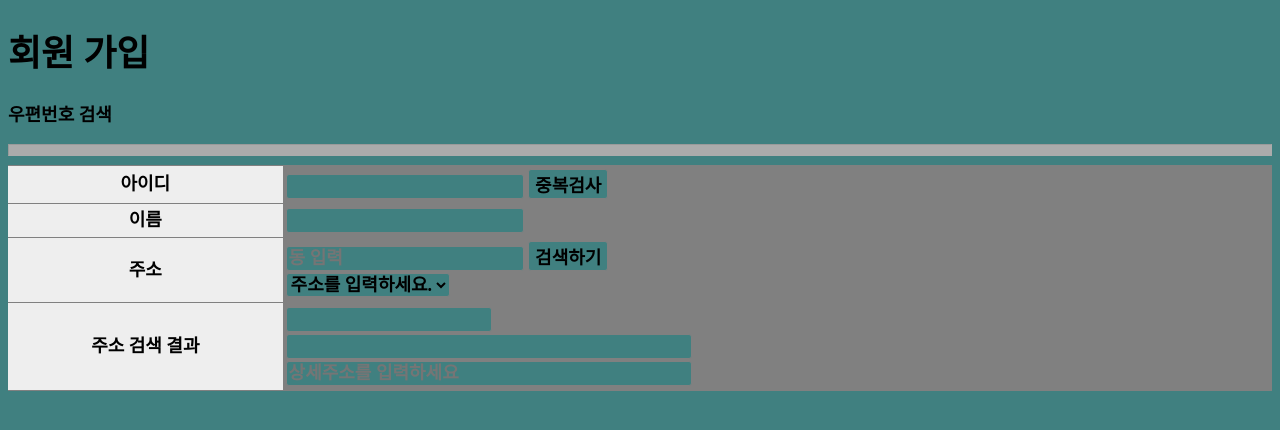
Repository: Umkimisstrong/UM_Webbb
Page: http://localhost/AjaxApp/AjaxTest04.jsp
These files come from the project's save history. The page is drawn as it stood at one moment and after the next save; the edit follows.
The browser window is 1280 px wide. The pictures show the whole page.
The page is served by Tomcat 9. Other server files are loaded and not shown.

Above is the page before, as saved 2022-05-10 05:33:59.

### AjaxApp/WebContent/AjaxTest04.jsp
<%@ page contentType="text/html; charset=UTF-8"%>
<%@ taglib prefix="c" uri="http://java.sun.com/jsp/jstl/core"%>
<%
	request.setCharacterEncoding("UTF-8");
	String cp = request.getContextPath();
%>
<!DOCTYPE html>
<html>
<head>
<meta charset="UTF-8">
<title>AjaxTest04.jsp</title>
<link rel="stylesheet" type="text/css" href="<%=cp%>/css/main.css">
<script type="text/javascript" src="<%=cp%>/js/ajax.js"></script>
<script type="text/javascript">

	function check()
	{
		// id 중복확인 체크
		alert("id중복확인하자");

		// id 얻어내기
		var id = document.getElementById("id").value;

		// URL 준비
		var url = "test03.do?id="+id;

		// AJAX 객체 생성(→ XMLHttpRequest 객체 생성)
		ajax = createAjax();

		//환경 설정(   open(방식, url, 비동기)   )
		ajax.open("GET", url, true);

		ajax.onreadystatechange = function()
		{
			if (ajax.readyState == 4 && ajax.status == 200)
			{
				// 업무 처리(→ 외부로 추출)
				callBack();
			}
		}

		ajax.send("");

	}

	// 아이디 중복 검사의 결과(1 or 0) 을통보받아
	// 사용자에게 메세지 출력 → sapn → result
	function callBack()
	{
		// 외부로 추출된 업무처리내용 구성(responseText / responseXML)
		alert("업무 처리용 callback 함수 호출~!");

		var result = ajax.responseText;
		var msg = "";
		var id = document.getElementById("id");

		result = parseInt(result);

		if (result == 1)
		{
			alert("중복");
			msg = "중복된 아이디입니다.";
			document.getElementById("result").innerHTML = msg;
			id.focus();
			return;

		}
		else
		{
			alert("중복아님");
			msg = "사용가능한 아이디입니다.";
			document.getElementById("result").innerHTML = msg;
		}



	}

	function search()
	{
		alert("검색");
	}

</script>



</head>
<body>

<div>
	<h1>회원 가입</h1>
	<p>우편번호 검색</p>
	<hr />
</div>



<table class="table">
	<tr>
		<th>아이디</th>
		<td>
			<input type="text" id="id" class="control"/>
			<input type="button" value="중복검사" class="control" onclick="check()"/>
			<span id="result"></span>
		</td>
	</tr>

	<tr>
		<th>이름</th>
		<td>
			<input type="text" id="name" class="control" />
		</td>
	</tr>

	<tr>
		<th>주소</th>
		<td>
			<input type="text" id="addr" style="color: black;" class="control" placeholder="동 입력"
			            />
			<input type="button" value="검색하기" class="control" onclick="search()"/>

			<br />
			<select name="" id="addrResult" class="control">
				<option value="">주소를 입력하세요.</option>
			</select>
		</td>
	</tr>
	<tr>
		<th>주소 검색 결과</th>
		<td>
			<input type="text" id="addr1" class="control" readonly="readonly"
			       style="width: 200px;"  />
			       <br />
			<input type="text" id="addr2" class="control" readonly="readonly"
			       style="width: 400px;"  />
			       <br />
			<input type="text" id="addr3" class="control" placeholder="상세주소를 입력하세요"
			       style="width: 400px; color: black;"  />
		</td>
	</tr>
</table>











</body>
</html>

### AjaxApp/WebContent/css/main.css
@charset "UTF-8";

*
{
	background-color: #408080;
	font-family: 나눔고딕코딩;
	color: black;
	font-weight: bold;
}
hr
{
	background-color: #ababab;
	height: 10px;
	border-bottom-color: #ababab;
	border-right-color: #ababab;
}
body, p, div, span, input, table, th, td, select
{
	font-size: 18px;
	font-weight: bold;
}
.txt
{
	font-weight: bold;
	background-color: white;
	width:150px;
}
.txt:focus
{
	font-weight: bold;
	background-color: #948716;
	width:150px;
}

.control
{
	border: 1px solid grey;
	border-radius: 3px;
	font-weight: bold;
	color: black;
}

.table
{
	border-collapse: collapse;
	width: 100%;
	font-weight: bold;
}

.table th, .table td
{
	border: 1px solid grey;
	border-left: 1px;
	border-right: 1px;
	padding: 3px;
	line-height: 150%;
	font-weight: bold;
}
.table td
{
	background-color: gray;
	font-weight: bold;
}
.table th
{
	font-weight: bold;
	background-color: #EEE;
}
.btn
{
	background-color: #8d6c2e;
}

.btn01
{
	font-weight: bold;
	width: 80px;
	color: blue;
	background-color: gray;

}
.btn02
{
	font-weight: bold;
	width: 80px;
	color: red;
	background-color: gray;
}

.btn:hover
{
	font-weight: bold;
	color: white;
	background-color: tomato;
}

### AjaxApp/WebContent/js/ajax.js
/**
 * ajax.js
 */


var ajax = null;

// AJAX 객체(XMLHttpRequest) 생성 함수
function createAjax()
{
	/*
	// ActiveXObject 지원하는 브라우저라면..
	if (window.ActiveXObject)	// ▣ Internet Explorer 7 이전
	{
		// 이와 같은 방식으로 XMLHttpRequest 객체를 생성해서 반환해라.
		//       ActiveXObject 객체 → XMLHttpRequest 객체의 대리 객체
		return new ActiveXObject("Msxml2.XMLHTTP");
	}
	else						// ◈ 그 외 브라우저이면
	{
		if (window.XMLHttpRequest)	// ◈ ● 그 외 브라우저 중 XMLHttpRequest 지원 브라우저라면
		{
			// 이와 같은 방식으로 새로운(new) XMLHttpRequest객체를 생성 해서 반환해라.
			return new XMLHttpRequest();
		}
		else						// ◈ ○ AJAX 를 지원하지 않는 브라우저라면
		{
			// null 을 반환해라
			return null;
		}
	}
	*/
	if (window.XMLHttpRequest)
	{
		return new XMLHttpRequest();
	}
	else if (window.ActiveXObject)
	{
		//return new ActiveXObect("Msxml2.XMLHTTP");       // 뭘써도상관없음
		return new ActiveXObject("Microsoft.XMLHTTP");    // 뭘써도상관없음
	}
	else
	{
		return null;
	}

}

After the next save:
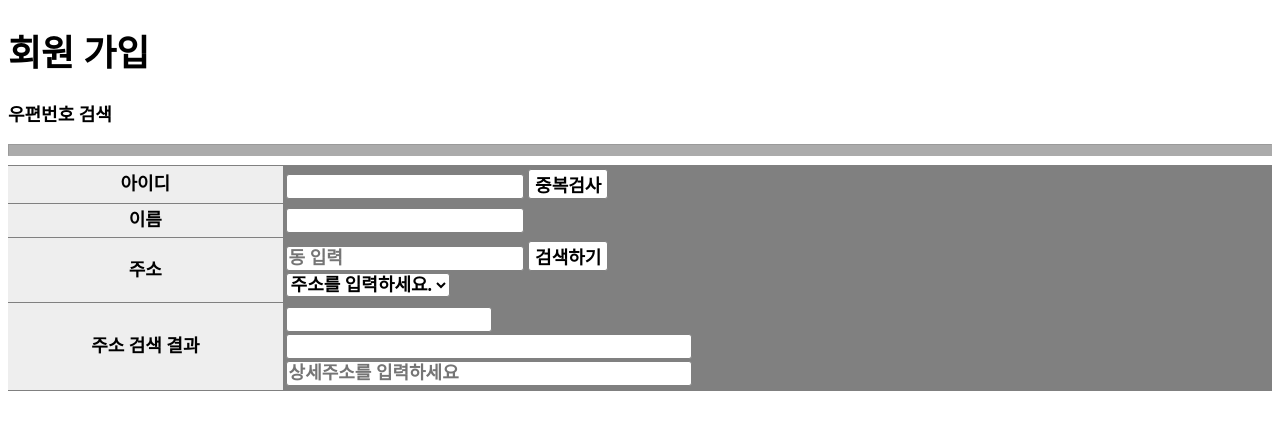
Saved 13 s later.
--- a/AjaxApp/WebContent/css/main.css
+++ b/AjaxApp/WebContent/css/main.css
@@ -2,7 +2,7 @@
 
 *
 {
-	background-color: #408080;
+	background-color: white;
 	font-family: 나눔고딕코딩;
 	color: black;
 	font-weight: bold;
